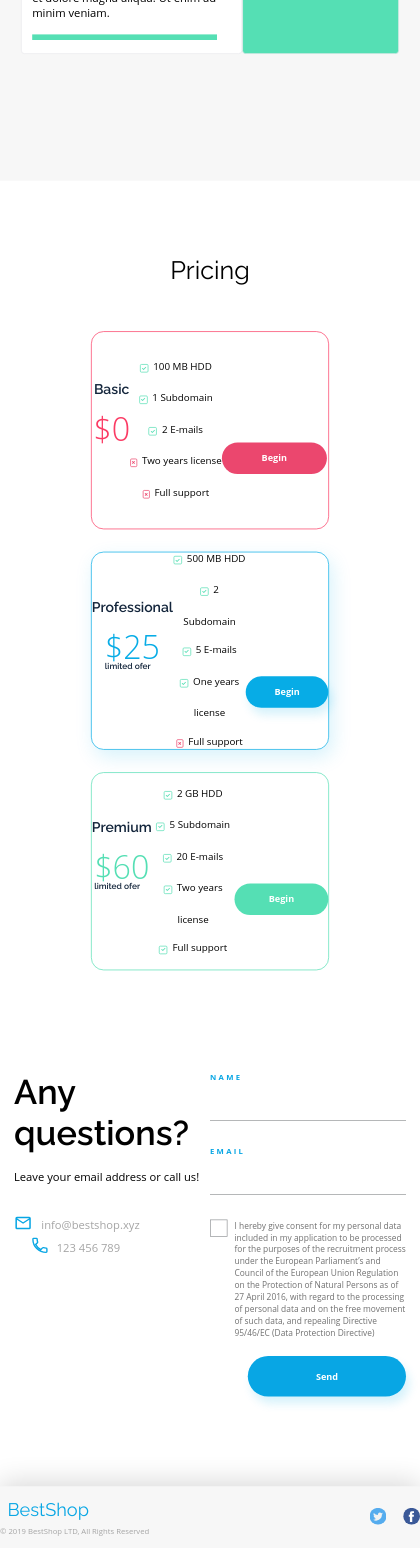
Repository: VolodymyrDubnytskyi/BestShop_project
Page: index.html
These files come from the project's save history. The page is drawn as it stood at one moment and after the next save; the edit follows.
The browser window is 600 px wide. The pictures show the part of the page from y = 2503 to 4743 px (the page is 4715 px tall before and 4743 px after), at 70% of full size.
Some web libraries are served in a nearby version.

Above is the page before, as saved 2020-01-18 13:00:29.

After the next save:
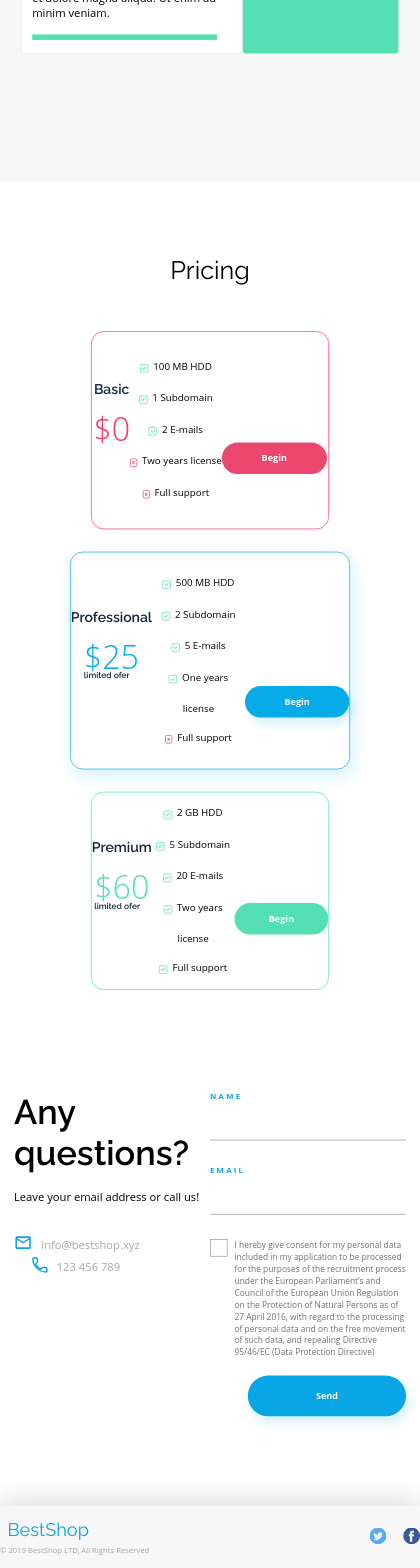
Saved 110 s later.
--- a/css/style.css
+++ b/css/style.css
@@ -947,7 +947,8 @@ background-color: #eb476d1d;
 
   }
   .pricing-box-professional{
-
+    width: 400px;
+    height: 311px;
   }
   .pricing-box-premium{
 
